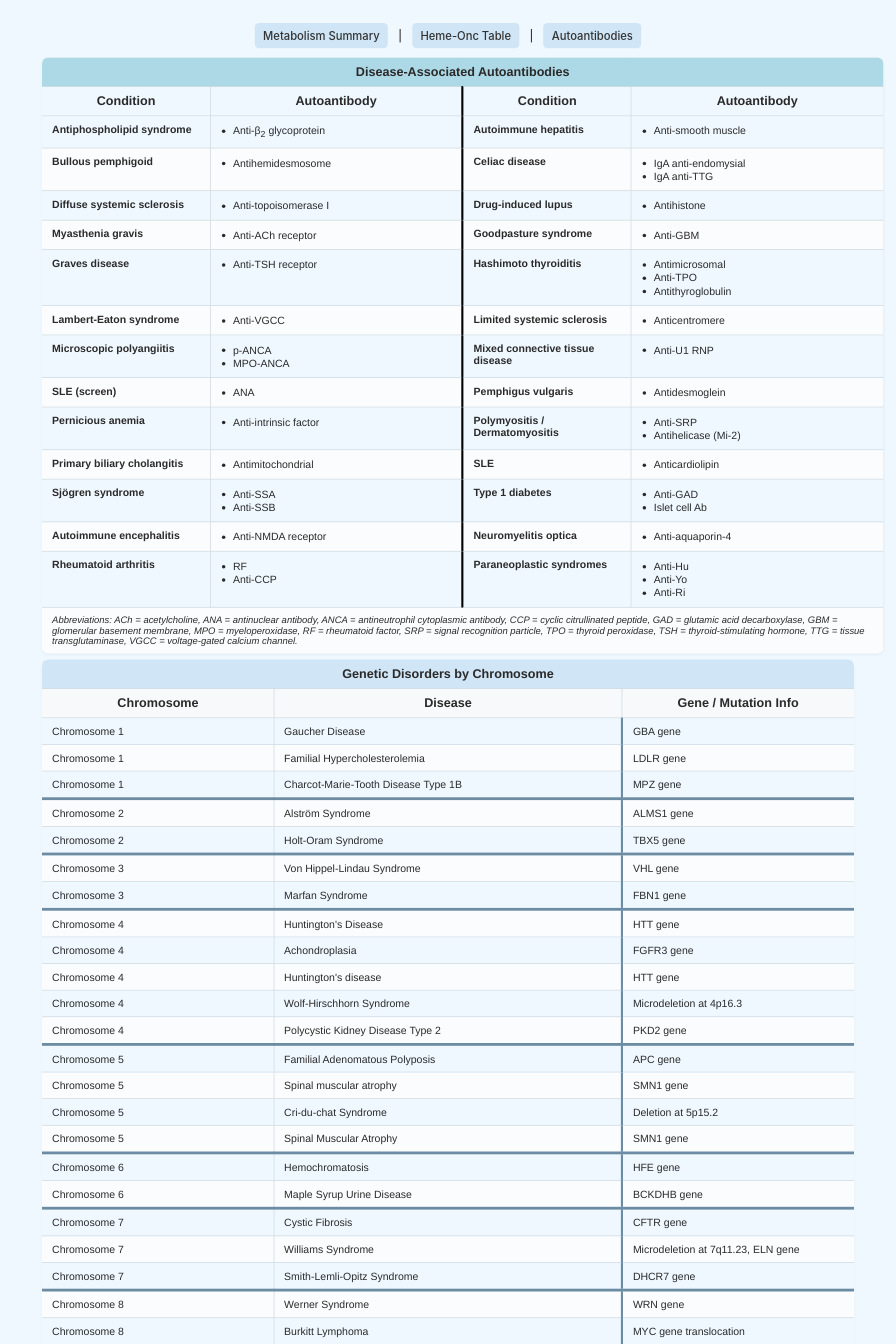
Repository: sharperdragon/STEVEL-1-Summaries
Page: subdex/Base.html
An editor plug-in stored every save of this project. The page is shown before and after a run of saves, followed by the edit.
The browser window is 1280 px wide. The pictures show the part of the page from y = 0 to 1920 px (the page is 6531 px tall), at 70% of full size.

Above is the page before, as saved 2025-05-19 13:16:11.

### subdex/Base.html
<!DOCTYPE html>
<html lang="en">
<head>
    <meta charset="UTF-8">
    <meta name="viewport" content="width=device-width, initial-scale=1.0">
    <title>Summary tables</title>
    <link rel="stylesheet" href="/STEVEL-1-Summaries/static/style.css">
    <link rel="icon" href="/STEVEL-1-Summaries/subdex/metabolism.html">
</head>

<body>
<nav style="margin: 20px 0; text-align: center;">
  <a href="subdex/metabolism.html" class="nav-link">Metabolism Summary</a> |
  <a href="subdex/hemeonc.html" class="nav-link">Heme-Onc Table</a> |
  <a href="subdex/autoantibodies.html" class="nav-link">Autoantibodies</a>
</nav>


<div class="table-responsive">
<table class="autoantibody-table" border="1" cellspacing="0" cellpadding="6" style="border-collapse: collapse; width: 100%;">
  <thead>
    <tr>
      <th colspan="4" style="background-color: #add8e6; text-align: center; font-size: 1.2em;">
        <strong>Disease-Associated Autoantibodies</strong>
      </th>
    </tr>
    <tr>
      <th style="background-color: #f0f8ff; text-align: center;">Condition</th>
      <th style="background-color: #f0f8ff; text-align: center; border-right: 3px solid black;">Autoantibody</th>
      <th style="background-color: #f0f8ff; text-align: center;">Condition</th>
      <th style="background-color: #f0f8ff; text-align: center;">Autoantibody</th>
    </tr>
  </thead>
  <tbody>
    <tr>
      <td><strong>Antiphospholipid syndrome</strong></td>
      <td style="border-right: 3px solid black;"><ul><li>Anti-β<sub>2</sub> glycoprotein</li></ul></td>
      <td><strong>Autoimmune hepatitis</strong></td>
      <td><ul><li>Anti-smooth muscle</li></ul></td>
    </tr>
    <tr>
      <td><strong>Bullous pemphigoid</strong></td>
      <td style="border-right: 3px solid black;"><ul><li>Antihemidesmosome</li></ul></td>
      <td><strong>Celiac disease</strong></td>
      <td><ul><li>IgA anti-endomysial</li><li>IgA anti-TTG</li></ul></td>
    </tr>
    <tr>
      <td><strong>Diffuse systemic sclerosis</strong></td>
      <td style="border-right: 3px solid black;"><ul><li>Anti-topoisomerase I</li></ul></td>
      <td><strong>Drug-induced lupus</strong></td>
      <td><ul><li>Antihistone</li></ul></td>
    </tr>
    <tr>
      <td><strong>Myasthenia gravis</strong></td>
      <td style="border-right: 3px solid black;"><ul><li>Anti-ACh receptor</li></ul></td>
      <td><strong>Goodpasture syndrome</strong></td>
      <td><ul><li>Anti-GBM</li></ul></td>
    </tr>
    <tr>
      <td><strong>Graves disease</strong></td>
      <td style="border-right: 3px solid black;"><ul><li>Anti-TSH receptor</li></ul></td>
      <td><strong>Hashimoto thyroiditis</strong></td>
      <td><ul><li>Antimicrosomal</li><li>Anti-TPO</li><li>Antithyroglobulin</li></ul></td>
    </tr>
    <tr>
      <td><strong>Lambert-Eaton syndrome</strong></td>
      <td style="border-right: 3px solid black;"><ul><li>Anti-VGCC</li></ul></td>
      <td><strong>Limited systemic sclerosis</strong></td>
      <td><ul><li>Anticentromere</li></ul></td>
    </tr>
    <tr>
      <td><strong>Microscopic polyangiitis</strong></td>
      <td style="border-right: 3px solid black;"><ul><li>p-ANCA</li><li>MPO-ANCA</li></ul></td>
      <td><strong>Mixed connective tissue disease</strong></td>
      <td><ul><li>Anti-U1 RNP</li></ul></td>
    </tr>
    <tr>
      <td><strong>SLE (screen)</strong></td>
      <td style="border-right: 3px solid black;"><ul><li>ANA</li></ul></td>
      <td><strong>Pemphigus vulgaris</strong></td>
      <td><ul><li>Antidesmoglein</li></ul></td>
    </tr>
    <tr>
      <td><strong>Pernicious anemia</strong></td>
      <td style="border-right: 3px solid black;"><ul><li>Anti-intrinsic factor</li></ul></td>
      <td><strong>Polymyositis / Dermatomyositis</strong></td>
      <td><ul><li>Anti-SRP</li><li>Antihelicase (Mi-2)</li></ul></td>
    </tr>
    <tr>
      <td><strong>Primary biliary cholangitis</strong></td>
      <td style="border-right: 3px solid black;"><ul><li>Antimitochondrial</li></ul></td>
      <td><strong>SLE</strong></td>
      <td><ul><li>Anticardiolipin</li></ul></td>
    </tr>
    <tr>
      <td><strong>Sjögren syndrome</strong></td>
      <td style="border-right: 3px solid black;"><ul><li>Anti-SSA</li><li>Anti-SSB</li></ul></td>
      <td><strong>Type 1 diabetes</strong></td>
      <td><ul><li>Anti-GAD</li><li>Islet cell Ab</li></ul></td>
    </tr>
    <tr>
      <td><strong>Autoimmune encephalitis</strong></td>
      <td style="border-right: 3px solid black;"><ul><li>Anti-NMDA receptor</li></ul></td>
      <td><strong>Neuromyelitis optica</strong></td>
      <td><ul><li>Anti-aquaporin-4</li></ul></td>
    </tr>
    <tr>
      <td><strong>Rheumatoid arthritis</strong></td>
      <td style="border-right: 3px solid black;"><ul><li>RF</li><li>Anti-CCP</li></ul></td>
      <td><strong>Paraneoplastic syndromes</strong></td>
      <td><ul><li>Anti-Hu</li><li>Anti-Yo</li><li>Anti-Ri</li></ul></td>
    </tr>
    <tr>
      <td colspan="4" style="font-size: 90%; padding-top: 10px;">
        <em>Abbreviations: ACh = acetylcholine, ANA = antinuclear antibody, ANCA = antineutrophil cytoplasmic antibody, CCP = cyclic citrullinated peptide, GAD = glutamic acid decarboxylase, GBM = glomerular basement membrane, MPO = myeloperoxidase, RF = rheumatoid factor, SRP = signal recognition particle, TPO = thyroid peroxidase, TSH = thyroid-stimulating hormone, TTG = tissue transglutaminase, VGCC = voltage-gated calcium channel.</em>
      </td>
    </tr>
  </tbody>
</table>
</div>

<div class="table-container">
  <table class="autoantibody-table">
    <thead>
      <tr>
        <th colspan="3" style="text-align: center; background-color: #d0e5f5;">
          <strong>Genetic Disorders by Chromosome</strong>
        </th>
      </tr>
      <tr>
        <th style="background-color: #f7f9fa;">Chromosome</th>
        <th style="background-color: #f7f9fa;">Disease</th>
        <th style="background-color: #f7f9fa;">Gene / Mutation Info</th>
      </tr>
    </thead>
    <tbody>
      <tr><td>Chromosome 1</td><td>Gaucher Disease</td><td>GBA gene</td></tr>
      <tr><td>Chromosome 1</td><td>Familial Hypercholesterolemia</td><td>LDLR gene</td></tr>
    <tr style="border-bottom: 4px solid #6c8ca3;"><td>Chromosome 1</td><td>Charcot-Marie-Tooth Disease Type 1B</td><td>MPZ gene</td></tr>
      <tr><td>Chromosome 2</td><td>Alström Syndrome</td><td>ALMS1 gene</td></tr>
      <tr style="border-bottom: 4px solid #6c8ca3;"><td>Chromosome 2</td><td>Holt-Oram Syndrome</td><td>TBX5 gene</td></tr>
      <tr><td>Chromosome 3</td><td>Von Hippel-Lindau Syndrome</td><td>VHL gene</td></tr>
<tr style="border-bottom: 4px solid #6c8ca3;"><td>Chromosome 3</td><td>Marfan Syndrome</td><td>FBN1 gene</td></tr>
      <tr><td>Chromosome 4</td><td>Huntington's Disease</td><td>HTT gene</td></tr>
      <tr><td>Chromosome 4</td><td>Achondroplasia</td><td>FGFR3 gene</td></tr>
    <tr ><td>Chromosome 4</td><td>Huntington's disease</td><td>HTT gene</td></tr>
      <tr><td>Chromosome 4</td><td>Wolf-Hirschhorn Syndrome</td><td>Microdeletion at 4p16.3</td></tr>
<tr style="border-bottom: 4px solid #6c8ca3;"><td>Chromosome 4</td><td>Polycystic Kidney Disease Type 2</td><td>PKD2 gene</td></tr>
      <tr><td>Chromosome 5</td><td>Familial Adenomatous Polyposis</td><td>APC gene</td></tr>
      <tr><td>Chromosome 5</td><td>Spinal muscular atrophy</td><td>SMN1 gene</td></tr>
      <tr><td>Chromosome 5</td><td>Cri-du-chat Syndrome</td><td>Deletion at 5p15.2</td></tr>
<tr style="border-bottom: 4px solid #6c8ca3;"><td>Chromosome 5</td><td>Spinal Muscular Atrophy</td><td>SMN1 gene</td></tr>
      <tr><td>Chromosome 6</td><td>Hemochromatosis</td><td>HFE gene</td></tr>
<tr style="border-bottom: 4px solid #6c8ca3;"><td>Chromosome 6</td><td>Maple Syrup Urine Disease</td><td>BCKDHB gene</td></tr>
      <tr><td>Chromosome 7</td><td>Cystic Fibrosis</td><td>CFTR gene</td></tr>
      <tr><td>Chromosome 7</td><td>Williams Syndrome</td><td>Microdeletion at 7q11.23, ELN gene</td></tr>
<tr style="border-bottom: 4px solid #6c8ca3;"><td>Chromosome 7</td><td>Smith-Lemli-Opitz Syndrome</td><td>DHCR7 gene</td></tr>
      <tr><td>Chromosome 8</td><td>Werner Syndrome</td><td>WRN gene</td></tr>
<tr style="border-bottom: 4px solid #6c8ca3;"><td>Chromosome 8</td><td>Burkitt Lymphoma</td><td>MYC gene translocation</td></tr>
      <tr><td>Chromosome 9</td><td>Tuberous Sclerosis</td><td>TSC1 gene</td></tr>
<tr style="border-bottom: 4px solid #6c8ca3;"><td>Chromosome 9</td><td>Familial Dysautonomia</td><td>IKBKAP gene</td></tr>
      <tr><td>Chromosome 10</td><td>Cowden Syndrome</td><td>PTEN gene</td></tr>
<tr style="border-bottom: 4px solid #6c8ca3;"><td>Chromosome 10</td><td>MEN Type 2</td><td>RET gene</td></tr>
      <tr><td>Chromosome 11</td><td>Sickle Cell Disease</td><td>HBB gene</td></tr>
      <tr><td>Chromosome 11</td><td>Wilms Tumor</td><td>WT1 gene</td></tr>
<tr style="border-bottom: 4px solid #6c8ca3;"><td>Chromosome 11</td><td>Beckwith-Wiedemann Syndrome</td><td>Imprinting defect at 11p15</td></tr>
      <tr><td>Chromosome 12</td><td>Phenylketonuria</td><td>PAH gene</td></tr>
<tr style="border-bottom: 4px solid #6c8ca3;"><td>Chromosome 12</td><td>Noonan Syndrome</td><td>PTPN11 gene</td></tr>
      <tr><td>Chromosome 13</td><td>Retinoblastoma</td><td>RB1 gene</td></tr>
      <tr><td>Chromosome 13</td><td>Patau Syndrome</td><td>Trisomy 13</td></tr>
<tr style="border-bottom: 4px solid #6c8ca3;"><td>Chromosome 13</td><td>Wilson Disease</td><td>ATP7B gene</td></tr>
      <tr><td>Chromosome 14</td><td>Early-Onset Alzheimer’s</td><td>PSEN1 gene</td></tr>
      <tr><td>Chromosome 14</td><td>Congenital Myotonic Dystrophy</td><td>DMPK gene</td></tr>
<tr style="border-bottom: 4px solid #6c8ca3;"><td>Chromosome 15</td><td>Prader-Willi Syndrome</td><td>15q11-q13 paternal del / UPD</td></tr>
      <tr><td>Chromosome 15</td><td>Angelman Syndrome</td><td>15q11-q13 maternal del / UPD, UBE3A</td></tr>
      <tr><td>Chromosome 15</td><td>Marfan Syndrome</td><td>FBN1 gene</td></tr>
<tr style="border-bottom: 4px solid #6c8ca3;"><td>Chromosome 15</td><td>Tay-Sachs Disease</td><td>HEXA gene</td></tr>
      <tr><td>Chromosome 16</td><td>PKD Type 1</td><td>PKD1 gene</td></tr>
<tr style="border-bottom: 4px solid #6c8ca3;"><td>Chromosome 16</td><td>Rubinstein-Taybi Syndrome</td><td>CREBBP gene</td></tr>
      <tr><td>Chromosome 17</td><td>NF1</td><td>NF1 gene</td></tr>
      <tr><td>Chromosome 17</td><td>HNPP</td><td>PMP22 deletion</td></tr>
      <tr><td>Chromosome 17</td><td>Charcot-Marie-Tooth disease Type 1A</td><td>PMP22 duplication at 17p12</td></tr>
    <tr><td>Chromosome 17</td><td>Neurofibromatosis Type 1</td><td>NF1 at 17q11.2</td></tr>
    <tr><td>Chromosome 17</td><td>Li-Fraumeni syndrome</td><td>TP53 gene</td></tr>
    <tr><td>Chromosome 17</td><td>Hereditary breast and ovarian cancer</td><td>BRCA1 gene</td></tr>
      <tr><td>Chromosome 17</td><td>Li-Fraumeni Syndrome</td><td>TP53 gene</td></tr>
      <tr><td>Chromosome 17</td><td>Canavan Disease</td><td>ASPA gene</td></tr>
<tr style="border-bottom: 4px solid #6c8ca3;"><td>Chromosome 18</td><td>Edwards Syndrome</td><td>Trisomy 18</td></tr>
      <tr><td>Chromosome 18</td><td>Peutz-Jeghers Syndrome</td><td>STK11 gene</td></tr>
      <tr><td>Chromosome 19</td><td>Familial Hypercholesterolemia</td><td>LDLR gene</td></tr>
<tr style="border-bottom: 4px solid #6c8ca3;"><td>Chromosome 19</td><td>Myotonic Dystrophy Type 1</td><td>DMPK gene</td></tr>
      <tr><td>Chromosome 20</td><td>Apert Syndrome</td><td>FGFR2 gene</td></tr>
<tr style="border-bottom: 4px solid #6c8ca3;"><td>Chromosome 20</td><td>Waardenburg Syndrome Type 2A</td><td>MITF gene</td></tr>
      <tr><td>Chromosome 21</td><td>Down Syndrome</td><td>Trisomy 21</td></tr>
      <tr><td>Chromosome 21</td><td>Early-onset Alzheimer's disease</td><td>APP gene</td></tr>
<tr style="border-bottom: 4px solid #6c8ca3;"><td>Chromosome 21</td><td>ALS</td><td>SOD1 gene</td></tr>
      <tr><td>Chromosome 22</td><td>DiGeorge Syndrome</td><td>Microdeletion at 22q11.2</td></tr>
<tr style="border-bottom: 4px solid #6c9fa3;"><td>Chromosome 22</td><td>NF2</td><td>NF2 gene</td></tr>
      <tr><td>X</td><td>Fragile X Syndrome</td><td>FMR1 gene</td></tr>
      <tr><td>X</td><td>Duchenne Muscular Dystrophy</td><td>DMD gene</td></tr>
      <tr><td>X</td><td>Hemophilia A</td><td>F8 gene</td></tr>
      <tr><td>X</td><td>Hemophilia B</td><td>F9 gene</td></tr>
      <tr><td>X</td><td>Color Blindness</td><td>OPN1LW, OPN1MW, OPN1SW</td></tr>
      <tr><td>X</td><td>Rett Syndrome</td><td>MECP2 gene</td></tr>
      <tr><td>X</td><td>Turner Syndrome</td><td>Missing or partial X</td></tr>
      <tr><td>X</td><td>Fabry Disease</td><td>GLA gene</td></tr>
      <tr><td>X</td><td>OTC Deficiency</td><td>OTC gene</td></tr>
<tr style="border-bottom: 4px solid #6c8ca3;"><td>X</td><td>Adrenoleukodystrophy</td><td>ABCD1 gene</td></tr>
      <tr><td>Y</td><td>Male infertility</td><td>Various genes</td></tr>
<tr style="border-bottom: 4px solid #8cce6d;"><td>Y</td><td>Swyer Syndrome</td><td>SRY mutation or deletion</td></tr>
      <tr><td>Multiple</td><td>Klinefelter Syndrome</td><td>47,XXY</td></tr>
      <tr><td>Multiple</td><td>Triple X Syndrome</td><td>47,XXX</td></tr>
      <tr><td>Multiple</td><td>XYY Syndrome</td><td>47,XYY</td></tr>
      <tr><td>Multiple</td><td>Jacobsen Syndrome</td><td>Partial deletion of 11q</td></tr>
      <tr><td>Multiple</td><td>Acute Promyelocytic Leukemia</td><td>PML-RARA (t15;17)</td></tr>
      <tr><td>Multiple</td><td>Chronic Myeloid Leukemia</td><td>BCR-ABL (t9;22, Ph+)</td></tr>
      <tr><td>Multiple</td><td>Ehlers-Danlos Syndrome</td><td>COL5A1, COL5A2, COL3A1</td></tr>
      <tr><td>Multiple</td><td>Osteogenesis Imperfecta</td><td>COL1A1, COL1A2</td></tr>
      <tr><td>Multiple</td><td>CAH</td><td>CYP21A2 (chr6)</td></tr>
      <tr><td>Multiple</td><td>Albinism</td><td>TYR, OCA2, TYRP1</td></tr>
    </tbody>
  </table>
</div>

<div class="table-container">
  <table class="autoantibody-table">
    <thead>
      <tr>
        <th colspan="6" style="text-align: center; background-color: #d0e5f5;">
          <strong>Heme-Onc Gene Mutations Summary</strong>
        </th>
      </tr>
      <tr>
        <th style="background-color: #f7f9fa;">Disease</th>
        <th style="background-color: #f7f9fa;">Gene / Mutation</th>
        <th style="background-color: #f7f9fa;">Cytogenetics</th>
        <th style="background-color: #f7f9fa;">Mechanism</th>
        <th style="background-color: #f7f9fa;">Category</th>
        <th style="background-color: #f7f9fa;">Lineage</th>
      </tr>
    </thead>
    <tbody>
<tr><td>Chronic Myeloid Leukemia (CML)</td><td>BCR-ABL fusion</td><td>t(9;22), Philadelphia chromosome</td><td>Oncogene activation</td><td>Oncogene</td><td>Myeloid</td></tr>
<tr><td>Acute Promyelocytic Leukemia (APL)</td><td>PML-RARA fusion</td><td>t(15;17)</td><td>Oncogene activation</td><td>Oncogene</td><td>Myeloid</td></tr>
<tr><td>Burkitt Lymphoma</td><td>MYC translocation</td><td>t(8;14)</td><td>Oncogene activation</td><td>Oncogene</td><td>Lymphoid</td></tr>
<tr><td>Mantle Cell Lymphoma</td><td>Cyclin D1 (CCND1) translocation</td><td>t(11;14)</td><td>Oncogene activation</td><td>Oncogene</td><td>Lymphoid</td></tr>
<tr><td>Follicular Lymphoma</td><td>BCL2 translocation</td><td>t(14;18)</td><td>Apoptosis inhibition</td><td>Non-Oncogenic</td><td>Lymphoid</td></tr>
<tr><td>Diffuse Large B-Cell Lymphoma</td><td>BCL6 mutations</td><td>various</td><td>Oncogene activation</td><td>Oncogene</td><td>Lymphoid</td></tr>
<tr><td>Hairy Cell Leukemia</td><td>BRAF V600E mutation</td><td>point mutation</td><td>MAPK pathway activation</td><td>Non-Oncogenic</td><td>Other</td></tr>
<tr><td>Acute Lymphoblastic Leukemia (ALL)</td><td>TEL-AML1, BCR-ABL</td><td>various</td><td>Fusion oncogenes</td><td>Oncogene</td><td>Lymphoid</td></tr>
<tr><td>T-ALL</td><td>NOTCH1 gain-of-function</td><td>point mutation</td><td>T-cell proliferation</td><td>Non-Oncogenic</td><td>Lymphoid</td></tr>
<tr><td>Chronic Lymphocytic Leukemia (CLL)</td><td>Deletion 13q14</td><td>del(13q)</td><td>Tumor suppressor loss</td><td>Tumor Suppressor</td><td>Lymphoid</td></tr>
<tr><td>Multiple Myeloma</td><td>Deletion 17p (TP53)</td><td>del(17p)</td><td>Tumor suppressor loss</td><td>Tumor Suppressor</td><td>Other</td></tr>
<tr><td>Myelodysplastic Syndromes (MDS)</td><td>Deletion 5q</td><td>del(5q)</td><td>Tumor suppressor loss</td><td>Tumor Suppressor</td><td>Myeloid</td></tr>
<tr><td>Polycythemia Vera</td><td>JAK2 V617F</td><td>point mutation</td><td>Tyrosine kinase activation</td><td>Non-Oncogenic</td><td>Myeloid</td></tr>
<tr><td>Essential Thrombocythemia</td><td>JAK2, CALR, MPL</td><td>point mutations</td><td>Signal transduction</td><td>Non-Oncogenic</td><td>Myeloid</td></tr>
<tr><td>Primary Myelofibrosis</td><td>JAK2, CALR, MPL</td><td>point mutations</td><td>Signal transduction</td><td>Non-Oncogenic</td><td>Myeloid</td></tr>
<tr><td>Hemochromatosis</td><td>HFE mutation</td><td>Chromosome 6p21.3</td><td>Iron overload disorder (non-oncogenic)</td><td>Non-Oncogenic</td><td>Other</td></tr>
<tr><td>Sickle Cell Disease</td><td>HBB gene mutation (Glu6Val)</td><td>Chromosome 11p15.5</td><td>Structural hemoglobinopathy</td><td>Non-Oncogenic</td><td>Other</td></tr>
<tr><td>Thalassemia (alpha)</td><td>HBA1, HBA2 deletions</td><td>Chromosome 16</td><td>Reduced alpha-globin synthesis</td><td>Non-Oncogenic</td><td>Other</td></tr>
<tr><td>Thalassemia (beta)</td><td>HBB point mutations</td><td>Chromosome 11</td><td>Reduced beta-globin synthesis</td><td>Non-Oncogenic</td><td>Other</td></tr>
<tr><td>G6PD Deficiency</td><td>G6PD mutation</td><td>Xq28</td><td>Enzymopathy – hemolytic anemia</td><td>Non-Oncogenic</td><td>Other</td></tr>
<tr><td>Hereditary Spherocytosis</td><td>ANK1, SPTB, SPTA1, EPB42</td><td>Various</td><td>Membrane defect (non-oncogenic)</td><td>Non-Oncogenic</td><td>Other</td></tr>
<tr><td>Fanconi Anemia</td><td>FANC genes</td><td>Various</td><td>DNA repair defect – pancytopenia, ↑ cancer risk</td><td>Non-Oncogenic</td><td>Other</td></tr>
<tr><td>Paroxysmal Nocturnal Hemoglobinuria</td><td>PIGA mutation</td><td>X chromosome</td><td>Complement regulation defect</td><td>Non-Oncogenic</td><td>Other</td></tr>
    </tbody>
  </table>
</div>
<div class="table-responsive">
  <table border="2" frame="box" rules="all" cellspacing="1" cellpadding="5" style="width:100%; font-family:Arial, sans-serif; font-size:14px;">
    <thead>
      <tr>
        <th colspan="3" style="background-color:#d0e5f5; text-align:center;"><strong>Protein Mutations with Disease Associations</strong></th>
      </tr>
      <tr style="background-color:#f0f8ff;">
        <th>Gene / Protein</th>
        <th>Condition</th>
        <th>Pathophysiology</th>
      </tr>
    </thead>
    <tbody>
      <tr><td>HMGB1</td><td>BPTAS</td><td>Frameshift; disrupts nucleolar phase separation via arginine-rich tails</td></tr>
      <tr><td>SERPINA1</td><td>Alpha-1 Antitrypsin Deficiency</td><td>Loss of protease inhibition → lung & liver damage</td></tr>
      <tr><td>ATM</td><td>Ataxia-Telangiectasia</td><td>Defective DNA repair → neurodegeneration, malignancy</td></tr>
      <tr><td>PEX genes</td><td>Zellweger Spectrum</td><td>Peroxisomal biogenesis defects</td></tr>
      <tr><td>HGD</td><td>Alkaptonuria</td><td>Homogentisate oxidase deficiency → ochronosis</td></tr>
      <tr><td>BTD</td><td>Biotinidase Deficiency</td><td>Impaired biotin recycling → metabolic acidosis</td></tr>
      <tr><td>GALT</td><td>Classic Galactosemia</td><td>Galactose-1-P uridylyltransferase deficiency</td></tr>
      <tr><td>PHKA2</td><td>GSD Type IXa</td><td>Phosphorylase kinase deficiency</td></tr>
      <tr><td>PYGL</td><td>GSD Type VI</td><td>Liver glycogen phosphorylase deficiency</td></tr>
      <tr><td>G6PC</td><td>GSD Type Ia (von Gierke)</td><td>Glucose-6-phosphatase deficiency</td></tr>
      <tr><td>MLH1 / MSH6 / PMS2</td><td>Lynch Syndrome</td><td>Mismatch repair deficiency → colon/endometrial cancer</td></tr>
    </tbody>

    <thead>
      <tr>
        <th colspan="3" style="background-color:#d0e5f5; text-align:center;"><strong>Lysosomal Storage Disorders</strong></th>
      </tr>
      <tr style="background-color:#f0f8ff;">
        <th>Deficient Enzyme</th>
        <th>Disease</th>
        <th>Description</th>
      </tr>
    </thead>
    <tbody>
      <tr><td>IDUA</td><td>MPS I (Hurler)</td><td>α-L-iduronidase deficiency</td></tr>
      <tr><td>IDS</td><td>MPS II (Hunter)</td><td>Iduronate sulfatase deficiency</td></tr>
      <tr><td>Heparan Sulfamidase</td><td>MPS III (Sanfilippo)</td><td>Heparan sulfate degradation defect</td></tr>
      <tr><td>GALNS</td><td>MPS IV (Morquio)</td><td>N-acetylgalactosamine-6-sulfatase deficiency</td></tr>
      <tr><td>ARSB</td><td>MPS VI (Maroteaux-Lamy)</td><td>Arylsulfatase B deficiency</td></tr>
      <tr><td>GUSB</td><td>MPS VII (Sly)</td><td>β-glucuronidase deficiency</td></tr>
      <tr><td>SMPD1</td><td>Niemann-Pick A/B</td><td>Acid sphingomyelinase deficiency</td></tr>
      <tr><td>GALC</td><td>Krabbe Disease</td><td>Galactocerebrosidase deficiency</td></tr>
      <tr><td>ARSA</td><td>Metachromatic Leukodystrophy</td><td>Arylsulfatase A deficiency</td></tr>
      <tr><td>GLB1</td><td>GM1 Gangliosidosis</td><td>β-galactosidase deficiency</td></tr>
      <tr><td>HYAL1</td><td>MPS IX</td><td>Hyaluronidase deficiency</td></tr>
    </tbody>

    <thead>
      <tr>
        <th colspan="3" style="background-color:#d0e5f5; text-align:center;"><strong>Other Enzyme Deficiencies</strong></th>
      </tr>
      <tr style="background-color:#f0f8ff;">
        <th>Enzyme</th>
        <th>Disorder</th>
        <th>Description</th>
      </tr>
    </thead>
    <tbody>
      <tr><td>NAGS</td><td>NAGS Deficiency</td><td>Hyperammonemia due to loss of urea cycle activation</td></tr>
      <tr><td>ASS1</td><td>Citrullinemia Type I</td><td>Argininosuccinate synthetase deficiency</td></tr>
      <tr><td>PCCA / PCCB</td><td>Propionic Acidemia</td><td>Propionyl-CoA carboxylase deficiency</td></tr>
      <tr><td>MUT</td><td>Methylmalonic Acidemia</td><td>Methylmalonyl-CoA mutase deficiency</td></tr>
      <tr><td>IVD</td><td>Isovaleric Acidemia</td><td>Isovaleryl-CoA dehydrogenase deficiency</td></tr>
    </tbody>
  </table>
</div>


</body>

Loaded but not shown: static/style.css (462 lines, source omitted)

After the next 2 saves:
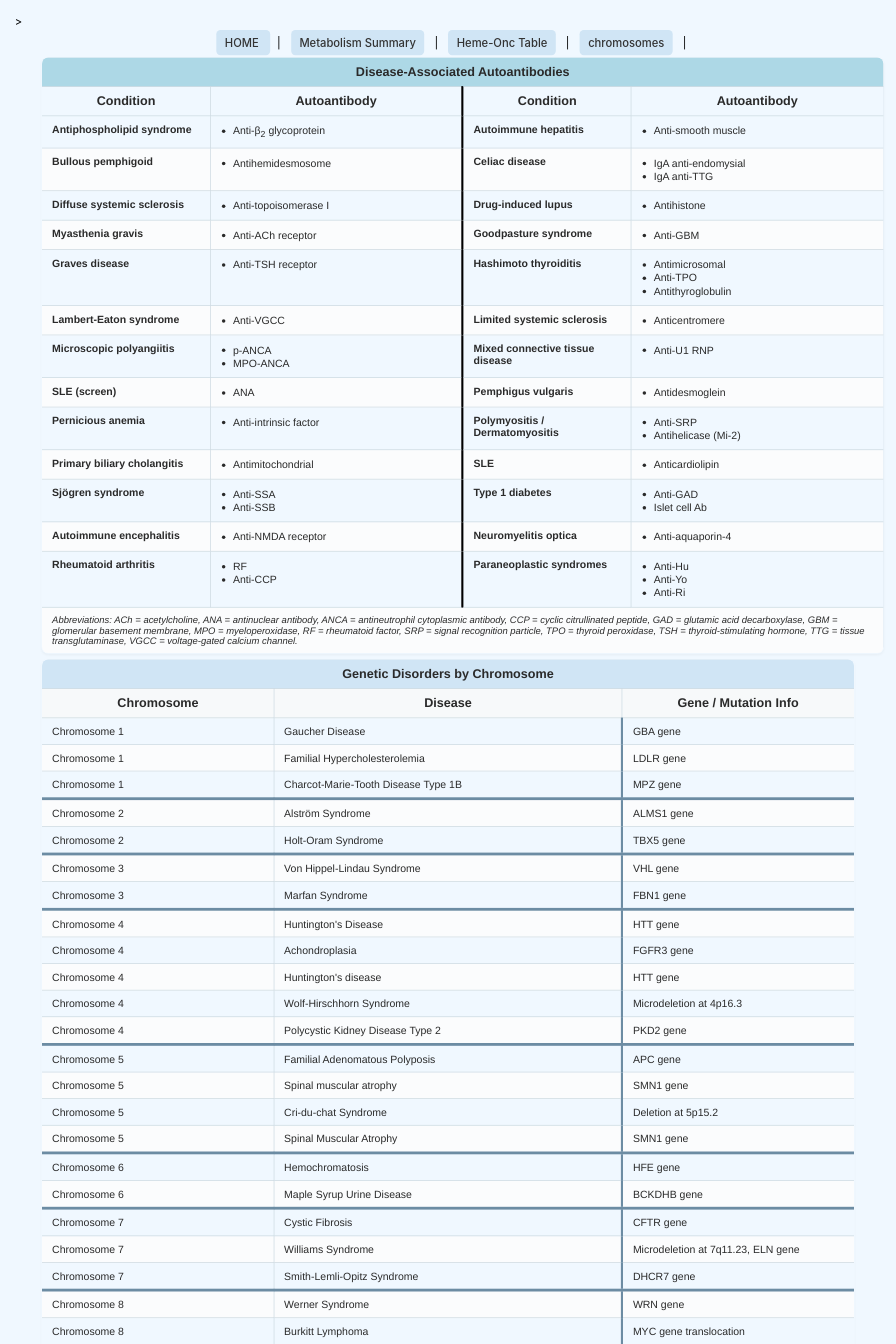
The 2 saves are shown as one change because they came seconds apart.
The last was saved 15 s later.
--- a/subdex/Base.html
+++ b/subdex/Base.html
@@ -5,14 +5,15 @@
     <meta name="viewport" content="width=device-width, initial-scale=1.0">
     <title>Summary tables</title>
     <link rel="stylesheet" href="/STEVEL-1-Summaries/static/style.css">
-    <link rel="icon" href="/STEVEL-1-Summaries/subdex/metabolism.html">
+    <link rel="icon" href="/STEVEL-1-Summaries/static/">>
 </head>
 
 <body>
-<nav style="margin: 20px 0; text-align: center;">
+<nav style="margin: 10px 0; text-align: center;">
+  <a href="index.html" class="nav-link"> HOME </a>   |
   <a href="subdex/metabolism.html" class="nav-link">Metabolism Summary</a> |
   <a href="subdex/hemeonc.html" class="nav-link">Heme-Onc Table</a> |
-  <a href="subdex/autoantibodies.html" class="nav-link">Autoantibodies</a>
+  <a href="subdex/chromosomes.html" class="nav-link">chromosomes</a> |
 </nav>
 
 
